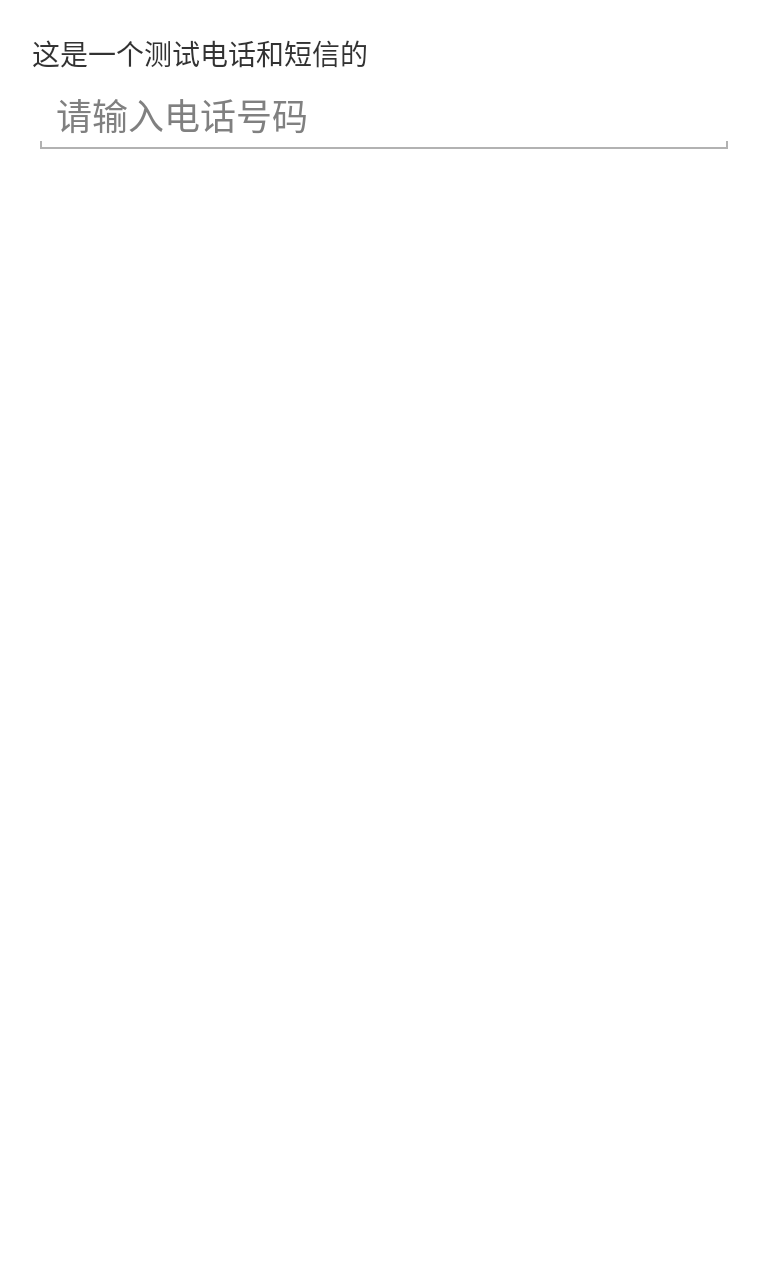
Repository: qwer2714856/Android_learn
Layout: phoneAndMessageLx/res/layout/activity_main.xml
An editor plug-in stored every save of this project. The layout is shown before and after the next save, followed by the edit.
It is drawn on a 768 x 1280 px phone screen (xhdpi) without system bars, with theme AppTheme; the app's code is not run.

Above is the layout before, as saved 2015-09-25 03:42:14.

### phoneAndMessageLx/res/layout/activity_main.xml
<LinearLayout xmlns:android="http://schemas.android.com/apk/res/android"
    xmlns:tools="http://schemas.android.com/tools"
    android:layout_width="match_parent"
    android:layout_height="match_parent"
    android:paddingBottom="@dimen/activity_vertical_margin"
    android:paddingLeft="@dimen/activity_horizontal_margin"
    android:paddingRight="@dimen/activity_horizontal_margin"
    android:paddingTop="@dimen/activity_vertical_margin"
    tools:context="com.theadventus.phoneandmessagelx.MainActivity"
    android:orientation="vertical"
    >

    <TextView
        android:layout_width="wrap_content"
        android:layout_height="wrap_content"
        android:text="这是一个测试电话和短信的" />

    <EditText
        android:layout_width="match_parent"
        android:layout_height="wrap_content"
        android:hint="请输入电话号码"
        />

</LinearLayout>

Loaded but not shown: phoneAndMessageLx/res/values/styles.xml (common file); phoneAndMessageLx/res/values-v11/styles.xml (common file); phoneAndMessageLx/res/values-v14/styles.xml (common file); phoneAndMessageLx/res/values/dimens.xml (common file); phoneAndMessageLx/res/values-w820dp/dimens.xml (common file)

After the next save:
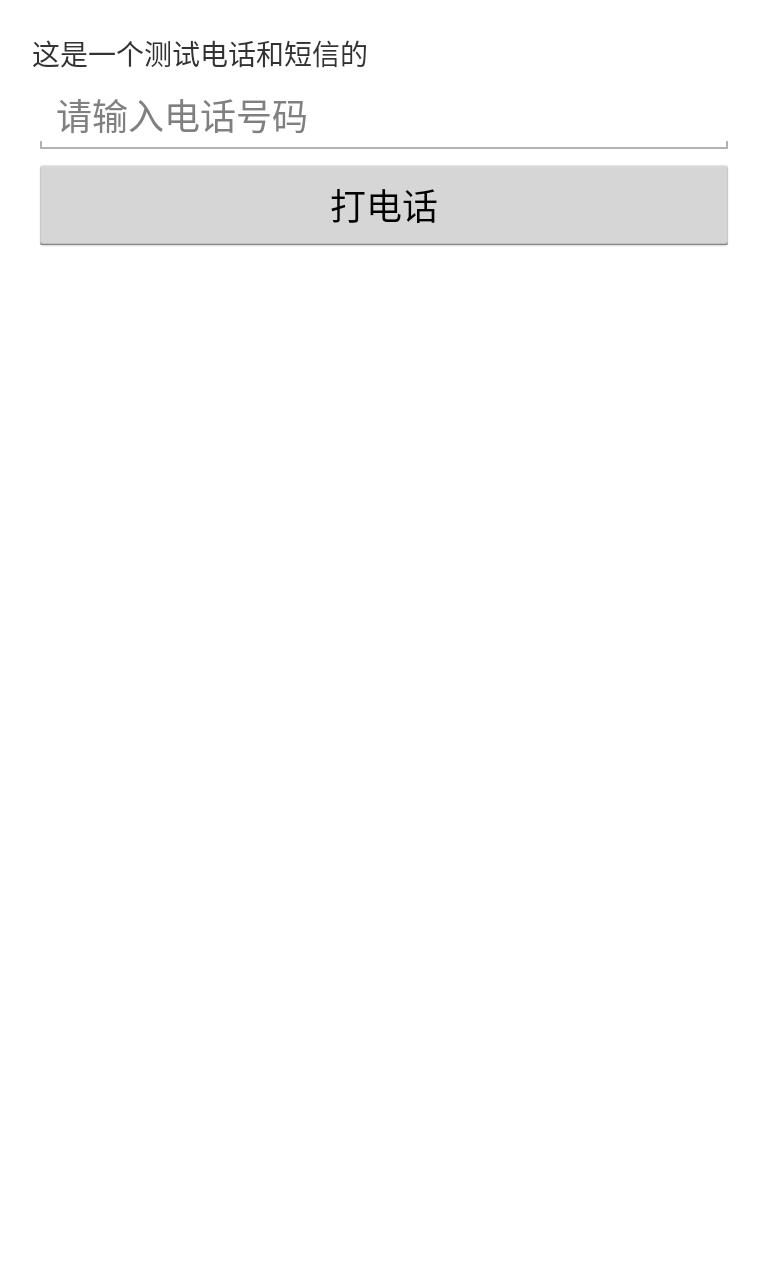
Saved 62 s later.
--- a/phoneAndMessageLx/res/layout/activity_main.xml
+++ b/phoneAndMessageLx/res/layout/activity_main.xml
@@ -19,6 +19,12 @@
         android:layout_width="match_parent"
         android:layout_height="wrap_content"
         android:hint="请输入电话号码"
+        android:id="@+id/callNumber"
+        />
+    <Button
+        android:layout_width="match_parent"
+        android:layout_height="wrap_content"
+        android:text="打电话"
         />
 
 </LinearLayout>
